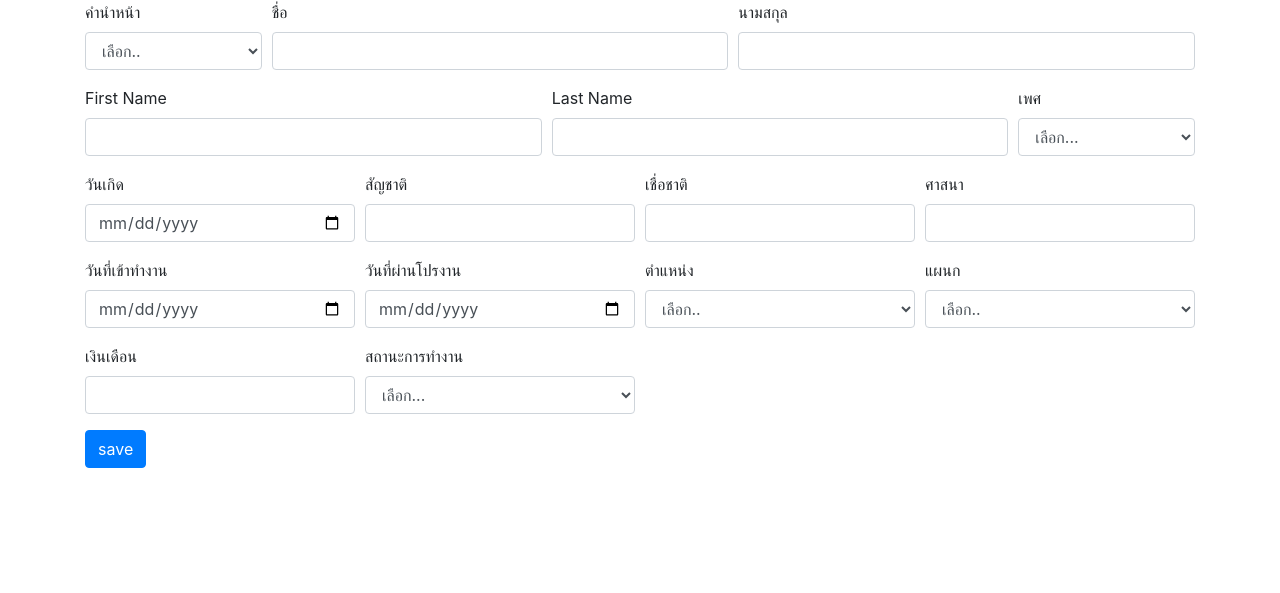
Repository: p2job/javawebapp
Page: http://localhost/demojsp/insert.jsp
The author's editor kept a copy of each file at every save. The page is drawn from the files as they stood at one save, then again after the next save.
The browser window is 1280 px wide. The pictures show the whole page.
The page is served by Tomcat 9. Queries for data that is not in the repository find no rows.

Above is the page before, as saved 2020-07-31 07:17:54.

After the next save:
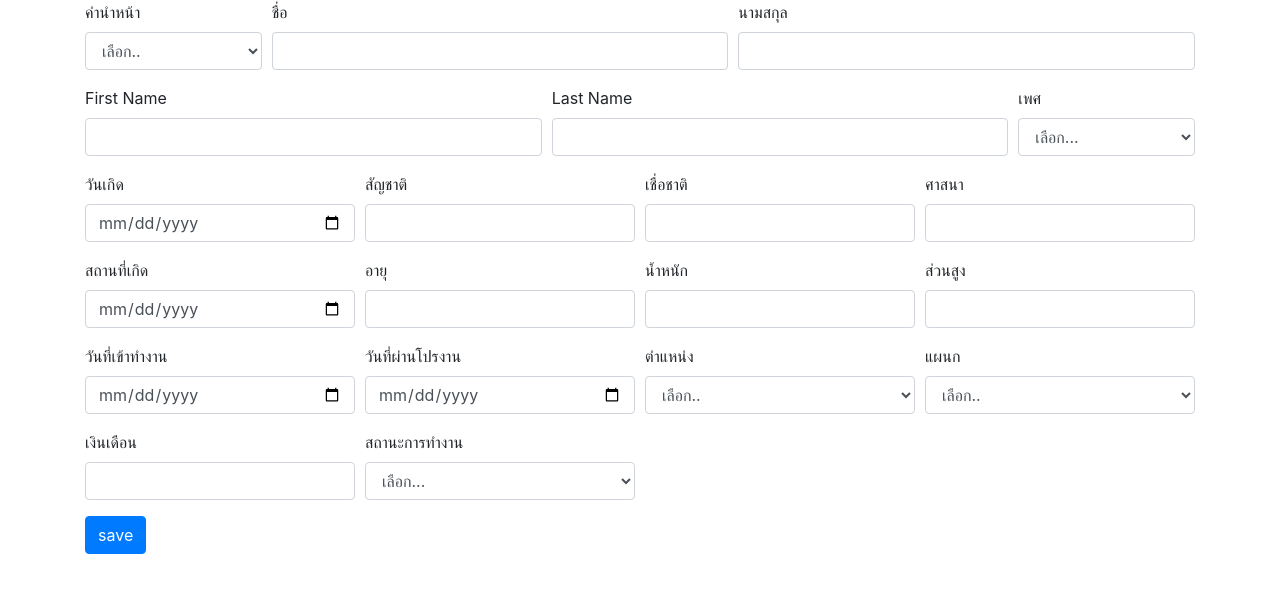
Saved 96 s later.
--- a/demojsp/WebContent/insert.jsp
+++ b/demojsp/WebContent/insert.jsp
@@ -65,6 +65,24 @@
                 </div>
                 <div class="form-group col-md-3">
                     <label for="inputPhone_Number">ศาสนา</label>
+                    <input type="text" class="form-control" id="Phone_Number" name="Phone_Number">
+                </div>
+            </div>
+            <div class="form-row">
+                <div class="form-group col-md-3">
+                    <label for="inputBirth_Date">สถานที่เกิด</label>
+                    <input type="date" class="form-control" id="Birth_Date" name="Birth_Date">
+                </div>
+                <div class="form-group col-md-3">
+                    <label for="inputPhone_Number">อายุ</label>
+                    <input type="text" class="form-control" id="Phone_Number" name="Phone_Number">
+                </div>
+                <div class="form-group col-md-3">
+                    <label for="inputPhone_Number">น้ำหนัก</label>
+                    <input type="text" class="form-control" id="Phone_Number" name="Phone_Number">
+                </div>
+                <div class="form-group col-md-3">
+                    <label for="inputPhone_Number">ส่วนสูง</label>
                     <input type="text" class="form-control" id="Phone_Number" name="Phone_Number">
                 </div>
             </div>
